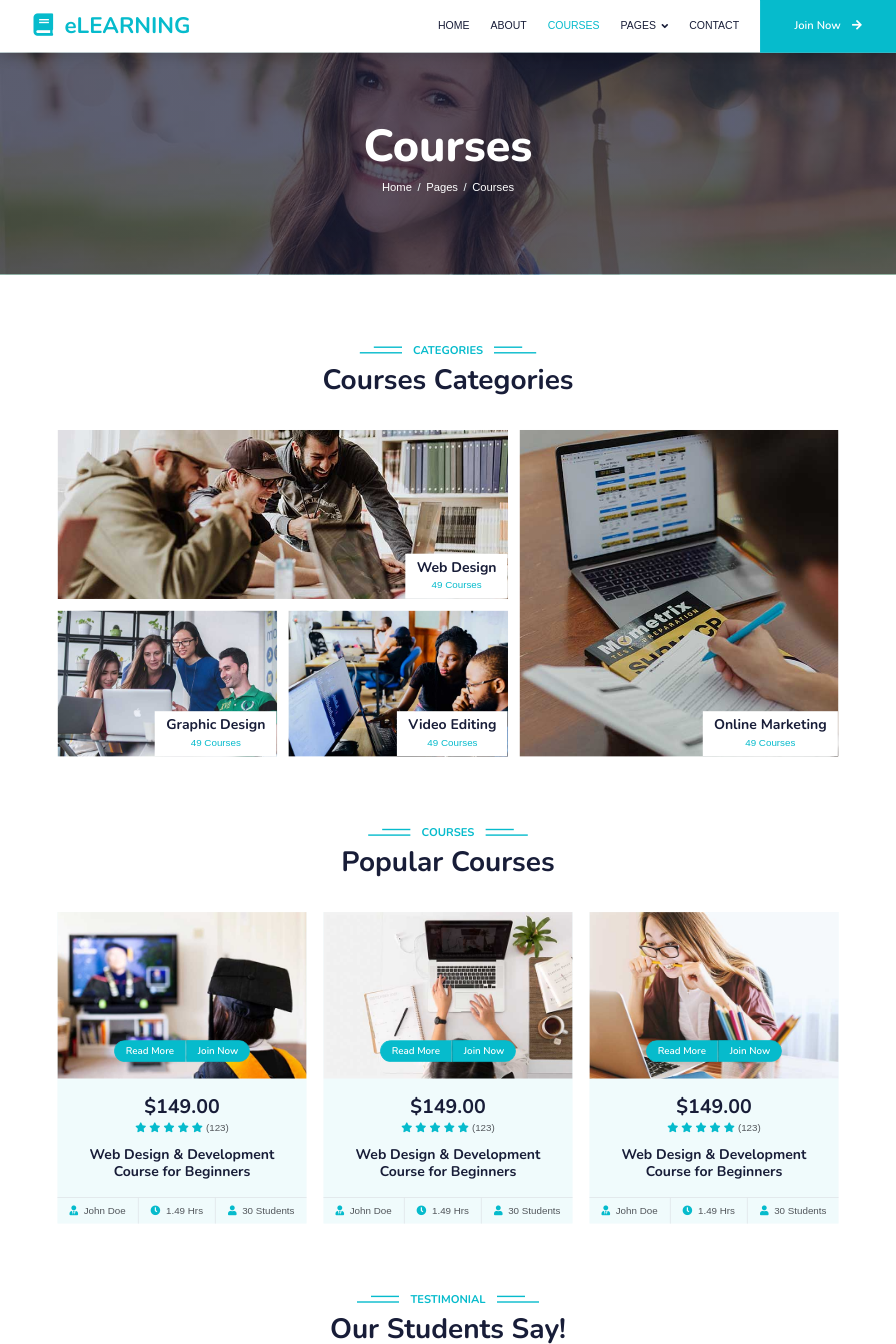
Repository: Arumugam2002/ARUMUGAM-TOPS-DAILY-TASKS
Page: http://localhost/courses
These files come from the project's save history. The page is drawn as it stood at one moment and after the next save; the edit follows.
The browser window is 1280 px wide. The pictures show the part of the page from y = 0 to 1920 px (the page is 2840 px tall before and 2765 px after), at 70% of full size.
Some web fonts or font styles are not loaded; a fallback is used. Some web libraries are served in a nearby version. The page is this project's Thymeleaf template; nobody is signed in. The template is opened directly, without the code that normally fills it, so the values that code supplies are empty.

Above is the page before, as saved 2024-07-16 06:27:39.

After the next save:
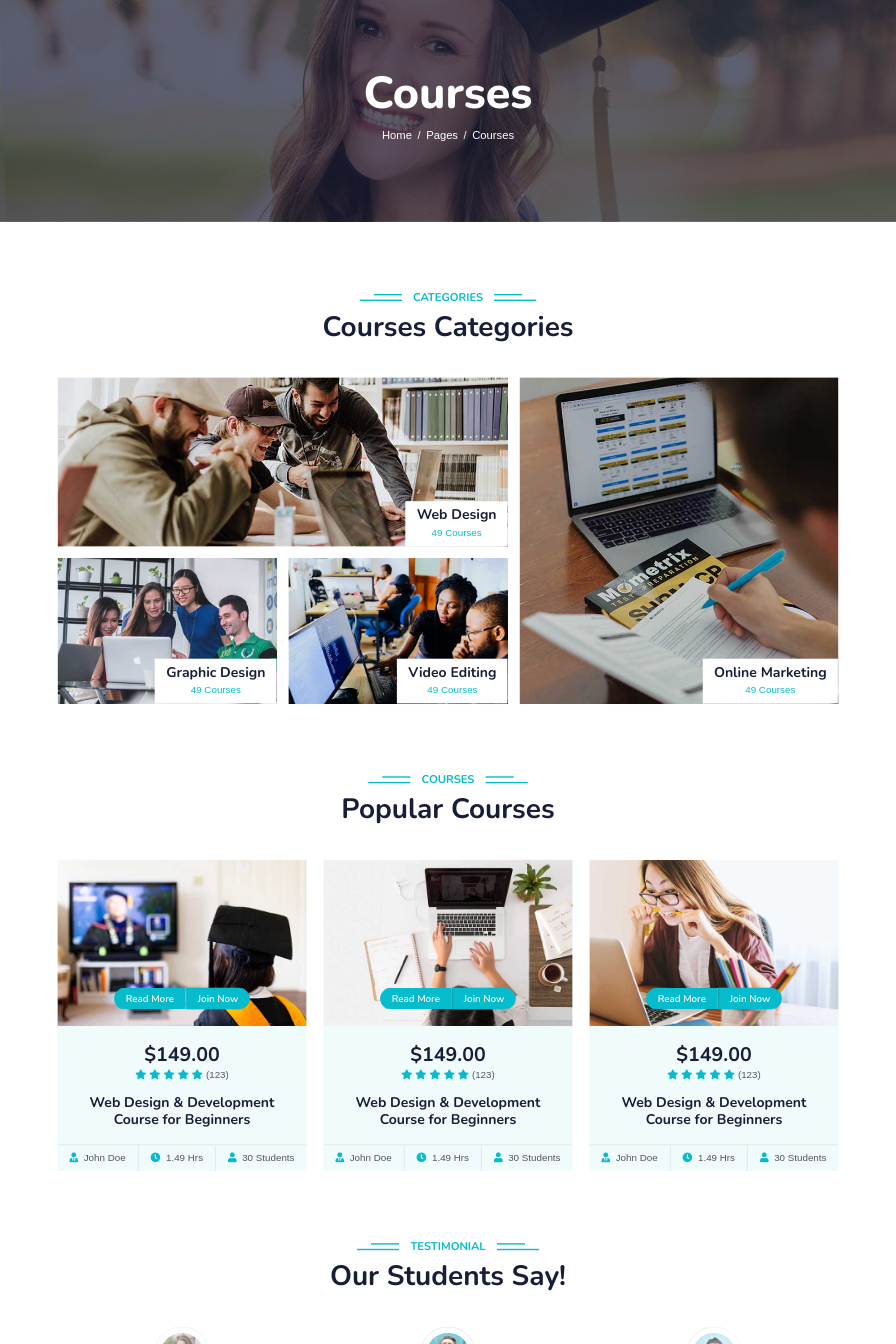
Saved 7 s later.
--- a/Java SpringBoot/Spring_Eclipse/SpringwithTemplate/src/main/resources/templates/courses.html
+++ b/Java SpringBoot/Spring_Eclipse/SpringwithTemplate/src/main/resources/templates/courses.html
@@ -4,42 +4,7 @@
 
 
 <body>
-    <!-- Spinner Start -->
-    <div id="spinner" class="show bg-white position-fixed translate-middle w-100 vh-100 top-50 start-50 d-flex align-items-center justify-content-center">
-        <div class="spinner-border text-primary" style="width: 3rem; height: 3rem;" role="status">
-            <span class="sr-only">Loading...</span>
-        </div>
-    </div>
-    <!-- Spinner End -->
-
-
-    <!-- Navbar Start -->
-    <nav class="navbar navbar-expand-lg bg-white navbar-light shadow sticky-top p-0">
-        <a href="index.html" class="navbar-brand d-flex align-items-center px-4 px-lg-5">
-            <h2 class="m-0 text-primary"><i class="fa fa-book me-3"></i>eLEARNING</h2>
-        </a>
-        <button type="button" class="navbar-toggler me-4" data-bs-toggle="collapse" data-bs-target="#navbarCollapse">
-            <span class="navbar-toggler-icon"></span>
-        </button>
-        <div class="collapse navbar-collapse" id="navbarCollapse">
-            <div class="navbar-nav ms-auto p-4 p-lg-0">
-                <a href="index.html" class="nav-item nav-link">Home</a>
-                <a href="about.html" class="nav-item nav-link">About</a>
-                <a href="courses.html" class="nav-item nav-link active">Courses</a>
-                <div class="nav-item dropdown">
-                    <a href="#" class="nav-link dropdown-toggle" data-bs-toggle="dropdown">Pages</a>
-                    <div class="dropdown-menu fade-down m-0">
-                        <a href="team.html" class="dropdown-item">Our Team</a>
-                        <a href="testimonial.html" class="dropdown-item">Testimonial</a>
-                        <a href="404.html" class="dropdown-item">404 Page</a>
-                    </div>
-                </div>
-                <a href="contact.html" class="nav-item nav-link">Contact</a>
-            </div>
-            <a href="" class="btn btn-primary py-4 px-lg-5 d-none d-lg-block">Join Now<i class="fa fa-arrow-right ms-3"></i></a>
-        </div>
-    </nav>
-    <!-- Navbar End -->
+
 
 
     <!-- Header Start -->
